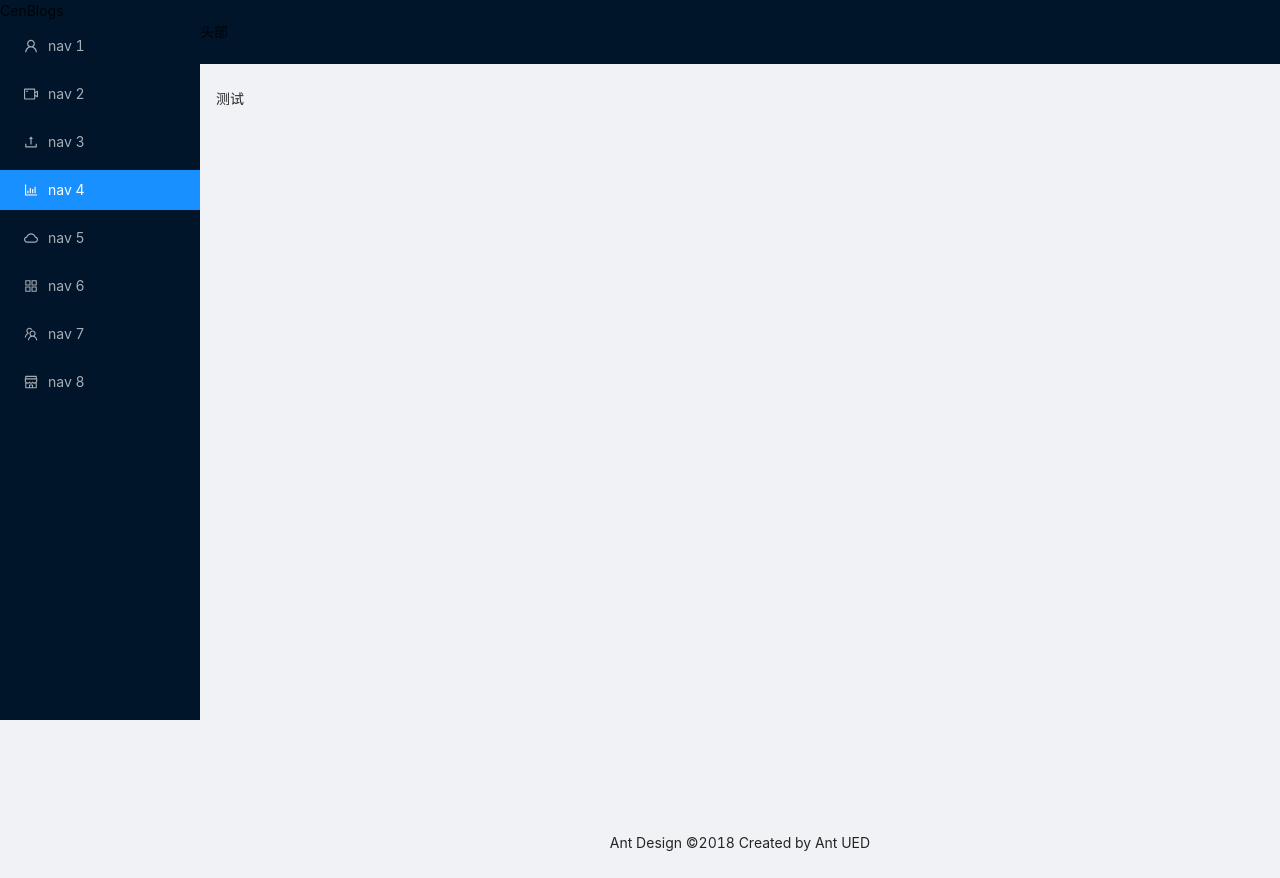
Repository: CBH20010703/BlogsAntd
Page: /
An editor plug-in stored every save of this project. The page is shown before and after the next save, followed by the edit.
The browser window is 1280 px wide. The pictures show the whole page.
The project was rebuilt for these pictures with package versions that can differ from the ones it lists, and the page was loaded fresh each time. Also part of the build but not shown: src/view/Home/Home.css, src/view/404/Error.jsx.

Above is the page before, as saved 2021-06-20 22:41:09.

### src/index.js
import React from 'react';
import ReactDOM from 'react-dom';
import './index.css';
import App from './App';



ReactDOM.render(<App />,document.getElementById('root'));

### src/App.js
import './App.css';
import { React, Component } from "react";
import Headers from './component/Header/Headers';
import MenuList from './component/Menu/MenuList';
import RouterMap from './router/RouterMap';
import { Layout} from 'antd';

const {  Content, Footer, Sider } = Layout;
export default class  App extends Component {
  constructor(props) {
    super(props);
    this.state = {  collapsed: false, }
  }
   toggle = () => {
    this.setState({
      collapsed: !this.state.collapsed,
    });
  };
  render() {
    return (
      <Layout>
    <Sider
      style={{
        overflow: 'auto',
        height: '100vh',
        position: 'fixed',
        left: 0,
      }}
    >
       <MenuList/>
    </Sider>
    <Layout className="site-layout" style={{ marginLeft: 200 }}>
      <Headers></Headers>
      <Content style={{ margin: '24px 16px 0', overflow: 'initial',height:"100vh" }}>
          <RouterMap />
      </Content>
      <Footer style={{ textAlign: 'center' }}>Ant Design ©2018 Created by Ant UED</Footer>
    </Layout>
  </Layout>
    );
  }
}

### src/component/Header/Headers.jsx
import React, { Component } from 'react'
import { Layout } from 'antd';
const { Header } = Layout;
export default class Headers extends Component {
    render() {
        return (
            <div>
                <Header className="site-layout-background" style={{ padding: 0 }} > 头部</Header>
            </div>
        )
    }
}

### src/component/Menu/MenuList.jsx
import React, { Component } from 'react'
import { Menu } from 'antd';
import {
  AppstoreOutlined,
  BarChartOutlined,
  CloudOutlined,
  ShopOutlined,
  TeamOutlined,
  UserOutlined,
  UploadOutlined,
  VideoCameraOutlined,
} from '@ant-design/icons';
export default class MenuList extends Component {
    render() {
        return (
            <div>
          <div className="logo" >
            CenBlogs
          </div>
      <Menu theme="dark" mode="inline" defaultSelectedKeys={['4']}>
        <Menu.Item key="1" icon={<UserOutlined />}>
          nav 1
        </Menu.Item>
        <Menu.Item key="2" icon={<VideoCameraOutlined />}>
          nav 2
        </Menu.Item>
        <Menu.Item key="3" icon={<UploadOutlined />}>
          nav 3
        </Menu.Item>
        <Menu.Item key="4" icon={<BarChartOutlined />}>
          nav 4
        </Menu.Item>
        <Menu.Item key="5" icon={<CloudOutlined />}>
          nav 5
        </Menu.Item>
        <Menu.Item key="6" icon={<AppstoreOutlined />}>
          nav 6
        </Menu.Item>
        <Menu.Item key="7" icon={<TeamOutlined />}>
          nav 7
        </Menu.Item>
        <Menu.Item key="8" icon={<ShopOutlined />}>
          nav 8
        </Menu.Item>
      </Menu>
            </div>
        )
    }
}

### src/router/RouterMap.js
import React from 'react'
import { HashRouter, Route, Switch} from 'react-router-dom'
import Home from "../view/Home/Home.jsx";
import Error from "../view/404/Error.jsx";
export default class RouterMap  extends React.Component {
    updateHandle() {
        console.log('每次router变化之后都会触发')
    }
    render() {
        return (
            <HashRouter>
                <Switch>
                    <Route exact path="/" component={Home} />
                    <Route  path="*" component={Error} />
               </Switch>
            </HashRouter>
        )
    }
}

### src/view/Home/Home.jsx
import React, { Component } from 'react'
import "./Home.css"
export default class Home extends Component {
      handleClick = e => {
    console.log('click ', e);
  };
    render() {
        return (
            <div>
                测试
            </div>
        )
    }
}

Loaded but not shown: public/index.html (common file); src/index.css (common file); src/App.css (common file)

After the next save:
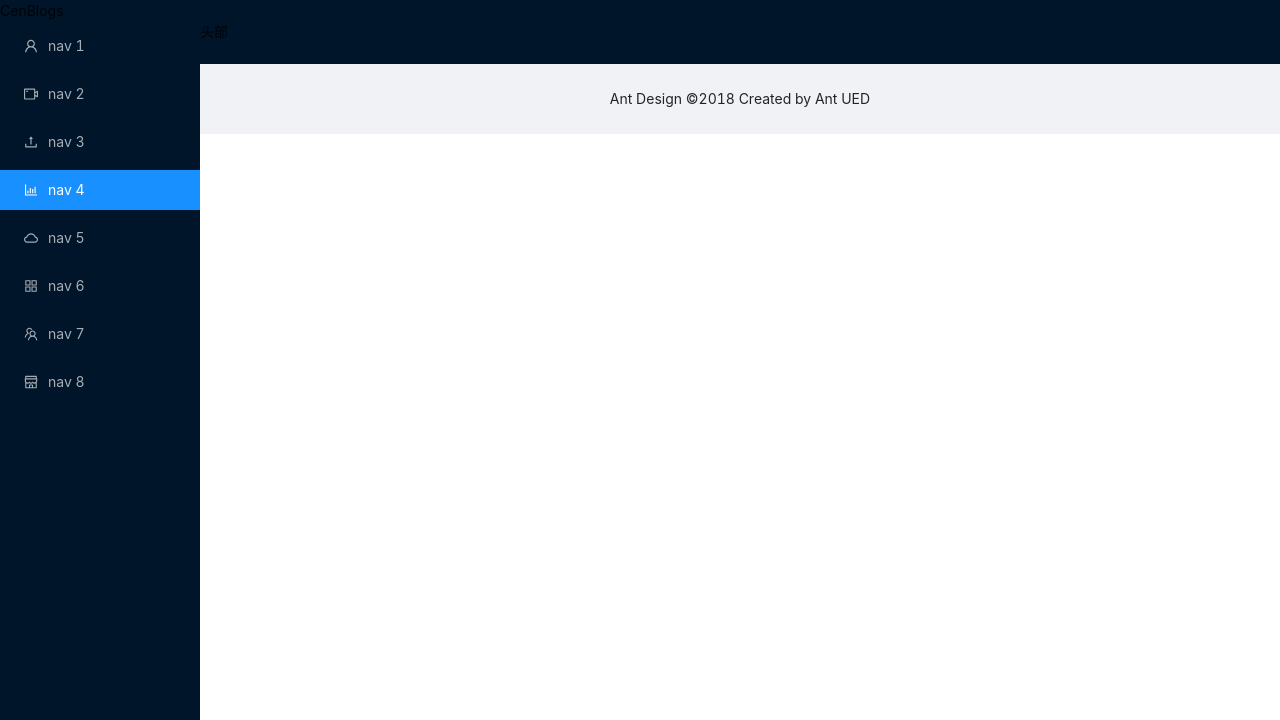
Saved 18 s later.
--- a/src/App.js
+++ b/src/App.js
@@ -31,9 +31,9 @@
     </Sider>
     <Layout className="site-layout" style={{ marginLeft: 200 }}>
       <Headers></Headers>
-      <Content style={{ margin: '24px 16px 0', overflow: 'initial',height:"100vh" }}>
+      {/* <Content style={{ margin: '24px 16px 0', overflow: 'initial',height:"100vh" }}>
           <RouterMap />
-      </Content>
+      </Content> */}
       <Footer style={{ textAlign: 'center' }}>Ant Design ©2018 Created by Ant UED</Footer>
     </Layout>
   </Layout>
